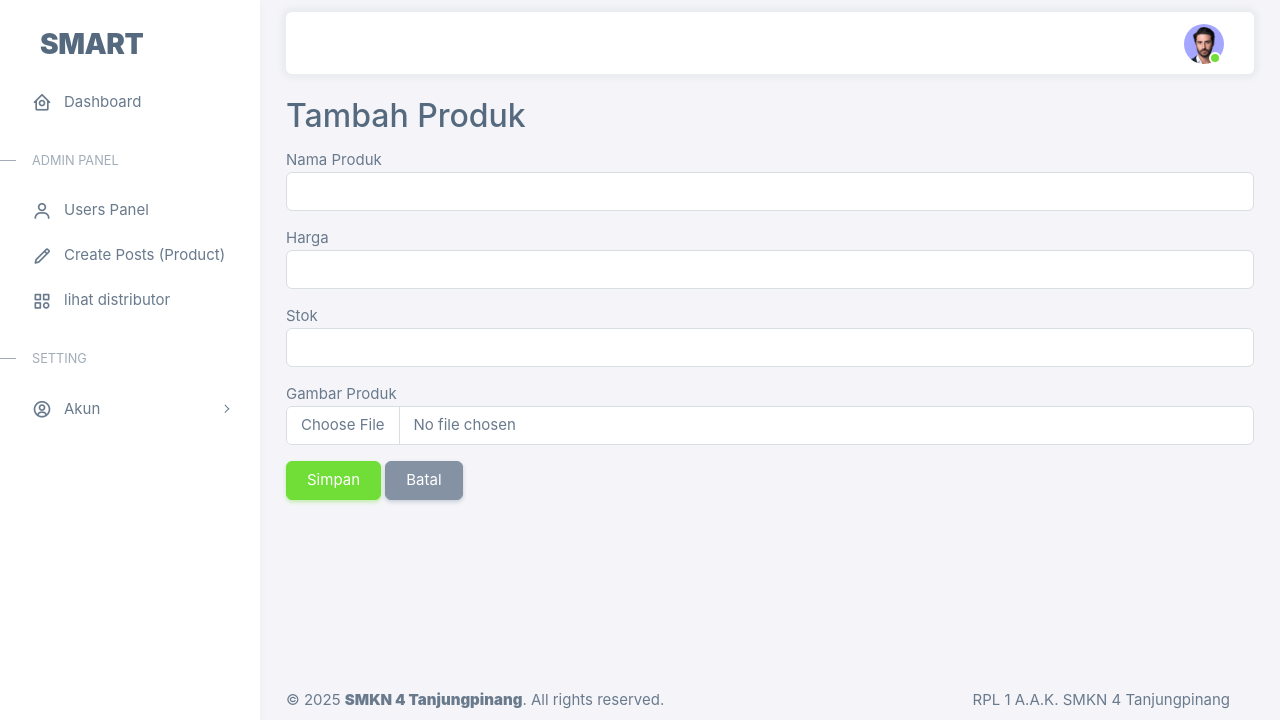
Repository: athalantis/SMart
Page: http://localhost/product_create.php
These files come from the project's save history. The page is drawn as it stood at one moment and after the next save; the edit follows.
The browser window is 1280 px wide. The pictures show the whole page.
Some web fonts or font styles are not loaded; a fallback is used. The page is run by PHP 8.4 with error messages shown; the project is at /var/www/html/. The session is filled in as if someone had signed in: {"username": "testuser", "name": "Test User", "role": "admin", "user_id": 1}. Other server files are loaded and not shown. Queries for data that is not in the repository find no rows.

Above is the page before, as saved 2025-03-28 13:19:18.

### product_create.php
<?php
include ".includes/header.php";
$title = "Tambah Produk";
include ".includes/toast_notification.php";
include "config.php"; // Koneksi database

if ($_SERVER["REQUEST_METHOD"] == "POST") {
    $nama_produk = mysqli_real_escape_string($conn, $_POST['nama_produk']);
    $harga = $_POST['harga'];
    $stok = $_POST['stok'];
    $gambar = $_FILES['gambar_produk']['name'];
    $gambar_tmp = $_FILES['gambar_produk']['tmp_name'];

    $upload_dir = "product_picture/";
    $gambar_path = time() . "_" . basename($gambar);

    if (move_uploaded_file($gambar_tmp, $upload_dir . $gambar_path)) {
        $stmt = $conn->prepare("INSERT INTO produk (nama_produk, harga, stok, gambar_produk) VALUES (?, ?, ?, ?)");
        $stmt->bind_param("siis", $nama_produk, $harga, $stok, $gambar_path);

        if ($stmt->execute()) {
            return redirect("products.php");
        } else {
            echo "<div class='alert alert-danger'>Gagal menambahkan produk.</div>";
        }
        $stmt->close();
    } else {
        echo "<div class='alert alert-danger'>Gagal mengupload gambar.</div>";
    }
}
?>

<div class="container mt-4">
    <h2>Tambah Produk</h2>
    <form method="POST" enctype="multipart/form-data">
        <div class="mb-3">
            <label>Nama Produk</label>
            <input type="text" name="nama_produk" class="form-control" required>
        </div>
        <div class="mb-3">
            <label>Harga</label>
            <input type="number" name="harga" class="form-control" required>
        </div>
        <div class="mb-3">
            <label>Stok</label>
            <input type="number" name="stok" class="form-control" required>
        </div>
        <div class="mb-3">
            <label>Gambar Produk</label>
            <input type="file" name="gambar_produk" class="form-control" accept="image/*" required>
        </div>
        <button type="submit" class="btn btn-success">Simpan</button>
        <a href="products.php" class="btn btn-secondary">Batal</a>
    </form>
</div>

<?php include ".includes/footer.php"; ?>

<?php
function redirect($url) {
    echo "<script>window.location.href='$url';</script>";
    exit;
}
?>

### .includes/header.php
<?php
// Memasukkan file konfigurasi database
include 'config.php';
// Memasukkan file init session
include "init_session.php";
?>

<!DOCTYPE html>
<html lang="en">
  <head>
    <meta charset="utf-8" />
    <meta name="viewport" content="width=device-width,
    initial-scale=1.0, user-scalable=no, minimum-scale=1.0, maximum-scale=1.0"
    />

    <title>Dashboard &mdash; SMart Market</title>
    <!-- Favicon -->
    <link rel="icon" type="image/x-icon" href="assets/img/favicon/favicon.ico" />
    <!-- Fonts -->
    <link href="https://fonts.googleapis.com/css2?family=Public+Sans:ital,wght@0,300;0,400;0,500;0,600;0,700;1,300;1,400;1,500;1,600;1,700&display=swap" rel="stylesheet" />
    <link rel="stylesheet" href="assets/vendor/fonts/boxicons.css" />

    <!-- Core CSS -->
    <link rel="stylesheet" href="assets/vendor/css/core.css" class="template-customizer-core-css" />
    <link rel="stylesheet" href="assets/vendor/css/theme-default.css" class="template-customizer-theme-css" />
    <link rel="stylesheet" href="assets/css/styles.css" />

    <!-- Vendors CSS -->
    <link rel="stylesheet" href="assets/vendor/css/dataTables.bootstrap5.min.css">
    <link rel="stylesheet" href="assets/vendor/libs/perfect-scrollbar/perfect-scrollbar.css" />
    <!-- Page CSS -->
    <!-- Summernote CSS and JS -->
    <link rel="stylesheet" href="assets/vendor/css/summernote.min.css">
    <!-- Helpers -->
    <script src="assets/vendor/js/helpers.js"></script>
    <!--! Template customizer & Theme config files MUST be included after core stylesheets and helpers.js in the <head> section -->
    <!--? Config:  Mandatory theme config file contain global vars & default theme options, Set your preferred theme option in this file.  -->
    <script src="assets/js/config.js"></script>
  </head>
  <body>
    <!-- Layout wrapper -->
    <div class="layout-wrapper layout-content-navbar">
      <div class="layout-container">
        <?php include "sidemenu.php"; ?>
        <!-- Layout container -->
        <div class="layout-page">
          <?php include "navbar.php"; ?>
          <!-- Content wrapper -->
          <div class="content-wrapper">
            <!-- Content -->

### config.php
<?php

$host = "localhost";
$username = "root";
$password = "";
$database = "smart";

$conn = mysqli_connect($host, $username, $password, $database);

if ($conn->connect_error) {
    die("database gagal terkoneksi: " . $conn->connect_error);
}

?>

### .includes/init_session.php
<?php
// Pastikan hanya memulai sesi jika belum dimulai
if (session_status() === PHP_SESSION_NONE) {
    session_start();
}

// Cek apakah session sudah diset sebelum mengaksesnya
$userId = $_SESSION["user_id"] ?? null;
$name = $_SESSION["name"] ?? null;
$role = $_SESSION["role"] ?? null;

// Notifikasi hanya ditampilkan sekali, lalu dihapus
if (!empty($_SESSION['notification'])) {
    $notification = $_SESSION['notification'];
    unset($_SESSION['notification']);
} else {
    $notification = null;
}

// Perbaikan logika pengecekan login
if (!$userId || !$role) {
    $_SESSION['notification'] = [
        'type' => 'danger',
        'message' => 'Silakan login terlebih dahulu!'
    ];
    header('Location: ./auth/login.php');
    exit();
}

### .includes/sidemenu.php
<?php
// Mulai output buffering agar tidak ada output sebelum header()
ob_start();

// Mulai session jika belum dimulai
if (session_status() === PHP_SESSION_NONE) {
    session_start();
}

// Pastikan role pengguna ada di session
include "init_session.php"; // Pastikan tidak ada output dalam file ini
$role = $_SESSION['role'] ?? 'user'; // Default role jika tidak ada
?>

<!-- Menu -->
<aside id="layout-menu" class="layout-menu menu-vertical menu bg-menu-theme">
    <div class="app-brand demo">
      <a href="<?= ($role === 'admin') ? 'dashmind.php' : 'dashboard.php'; ?>" class="app-brand-link">
        <span class="app-brand-text demo menu-text fw-bolder ms-2 text-uppercase">SMart</span>
      </a>
      <a href="javascript:void(0);" class="layout-menu-toggle menu-link text-large ms-auto d-block d-xl-none">
        <i class="bx bx-chevron-left bx-sm align-middle"></i>
      </a>
    </div>
    <div class="menu-inner-shadow"></div>

    <ul class="menu-inner py-1">
        <!-- Dashboard -->
        <li class="menu-item">
          <a href="<?= ($role === 'admin') ? 'dashmind.php' : 'dashboard.php'; ?>" class="menu-link">
            <i class="menu-icon tf-icons bx bx-home-circle"></i>
            <div data-i18n="Analytics">Dashboard</div>
          </a>
        </li>

        <?php if ($role !== 'admin') : ?>
        <li class="menu-header small text-uppercase"><span class="menu-header-text">Main</span></li>

        <li class="menu-item">
            <a href="javascript:void(0);" class="menu-link menu-toggle">
              <i class="menu-icon tf-icons bx bx-receipt"></i>
              <div data-i18n="Posts">Pemesanan</div>
            </a>
            <ul class="menu-sub">
              <li class="menu-item">
                <a href="kategori.php" class="menu-link">
                  <div data-i18n="Input groups">Status pesanan</div>
                </a>
              </li>
              <li class="menu-item">
                <a href="kategori.php" class="menu-link">
                  <div data-i18n="Input groups">Riwayat pemesanan</div>
                </a>
              </li>
            </ul>
        </li>

        <li class="menu-item">
            <a href="javascript:void(0);" class="menu-link menu-toggle">
              <i class="menu-icon tf-icons bx bx-cart-alt"></i>
              <div data-i18n="Posts">Produk</div>
            </a>
            <ul class="menu-sub">
              <li class="menu-item">
                <a href="posts.php" class="menu-link">
                  <div data-i18n="Basic Inputs">Checkout</div>
                </a>
              </li>
              <li class="menu-item">
                <a href="kategori.php" class="menu-link">
                  <div data-i18n="Input groups">Kategori</div>
                </a>
              </li>
              <li class="menu-item">
                <a href="kategori.php" class="menu-link">
                  <div data-i18n="Input groups">Mall</div>
                </a>
              </li>
            </ul>
        </li>
        <?php endif; ?>

        <?php if ($role === 'admin') : ?>
        <li class="menu-header small text-uppercase"><span class="menu-header-text">Admin Panel</span></li>

        <li class="menu-item">
            <a href="users.php" class="menu-link">
              <i class="menu-icon tf-icons bx bx-user"></i>
              <div data-i18n="Users Panel">Users Panel</div>
            </a>
        </li>

        <li class="menu-item">
            <a href="products.php" class="menu-link">
              <i class="menu-icon tf-icons bx bx-pencil"></i>
              <div data-i18n="Create Post">Create Posts (Product)</div>
            </a>
        </li>

        <li class="menu-item">
            <a href="distributor.php" class="menu-link">
              <i class="menu-icon tf-icons bx bx-category"></i>
              <div data-i18n="Create Category">lihat distributor</div>
            </a>
        </li>
        <?php endif; ?>

        <!-- Setting -->
        <li class="menu-header small text-uppercase"><span class="menu-header-text">Setting</span></li>
        <li class="menu-item">
            <a href="javascript:void(0);" class="menu-link menu-toggle">
              <i class="menu-icon tf-icons bx bx-user-circle"></i>
              <div data-i18n="Posts">Akun</div>
            </a>
            <ul class="menu-sub">
              <li class="menu-item">
                <a href="kategori.php" class="menu-link">
                  <div data-i18n="Input groups">Pengaturan akun</div>
                </a>
              </li>
              <li class="menu-item">
                <a href="logout.php" class="menu-link">
                  <div data-i18n="Input groups">Logout</div>
                </a>
              </li>
            </ul>
        </li>
    </ul>
</aside>
<!-- / Menu -->

<?php
// Akhiri output buffering
ob_end_flush();
?>

### .includes/navbar.php
<!-- Navbar -->
<nav class="layout-navbar container-xxl navbar navbar-expand-xl
navbar-detached align-items-center bg-navbar-theme" id="layout-navbar">
  <div class="layout-menu-toggle navbar-nav align-items-xl-center me-3 me-xl-0 d-xl-none">
    <a class="nav-item nav-link px-0 me-xl-4" href="javascript:void(0)">
      <i class="bx bx-menu bx-sm"></i>
    </a>
  </div>
  <div class="navbar-nav-right d-flex align-items-center" id="navbar-collapse">
    <ul class="navbar-nav flex-row align-items-center ms-auto">
      <!-- User -->
      <li class="nav-item navbar-dropdown dropdown-user dropdown">
        <a class="nav-link dropdown-toggle hide-arrow" href="javascript:void(0);" data-bs-toggle="dropdown">
          <div class="avatar avatar-online">
            <img src="assets/img/avatars/1.png" alt class="w-px-40 h-auto rounded-circle" />
          </div>
        </a>
        <ul class="dropdown-menu dropdown-menu-end">
          <li>
            <a class="dropdown-item" href="#">
              <div class="d-flex">
                <div class="flex-shrink-0 me-3">
                  <div class="avatar avatar-online">
                    <img src="assets/img/avatars/1.png" alt class="w-px-40 h-auto rounded-circle" />
                  </div>
                </div>
                <div class="flex-grow-1">
                  <span class="fw-semibold d-block"><?php echo $name; ?></span>
                  <small class="text-muted"><?php echo $role; ?></small>
                </div>
              </div>
            </a>
          </li>
          <li>
            <div class="dropdown-divider"></div>
          </li>
          <li>
            <a class="dropdown-item" href="auth/logout.php">
              <i class="bx bx-power-off me-2"></i>
              <span class="align-middle">Log Out</span>
            </a>
          </li>
        </ul>
      </li>
      <!--/ User -->
    </ul>
  </div>
</nav>
<!-- / Navbar -->

### .includes/toast_notification.php
<!-- Bootstrap Toast -->
<?php if ($notification): ?>
  <div id="notifikasi" class="bs-toast toast fade bg-<?= $notification['type'] ?> position-absolute m-3 end-0" role="alert" data-bs-autohide="true">
    <div class="toast-header">
      <i class="bx bx-bell me-2"></i>
      <strong class="me-auto"><?= $notification['title'] ?? 'Notifikasi' ?></strong>
      <button type="button" class="btn-close" data-bs-dismiss="toast" aria-label="Close"></button>
    </div>
    <div class="toast-body">
      <?= $notification['message'] ?>
    </div>
  </div>
<?php endif; ?>

<script>
  document.addEventListener('DOMContentLoaded', function () {
    const toastEl = document.getElementById('notifikasi');
    if (toastEl) {
      const toast = new bootstrap.Toast(toastEl);
      toast.show();
    }
  });
</script>

### .includes/footer.php
            <!-- Footer -->
            <footer class="content-footer footer bg-footer-theme">
              <div class="container-xxl d-flex flex-wrap justify-content-between py-2 flex-md-row flex-column">
                <div class="mb-2 mb-md-0">
                  ©
                  <script>
                    document.write(new Date().getFullYear());
                  </script>
                  <a href="#" target="_blank" class="footer-link fw-bolder">SMKN 4 Tanjungpinang</a>.
                  All rights reserved.
                </div>
                <div>
                  <a href="#" target="_blank" class="footer-link me-4">RPL 1 A.A.K. SMKN 4 Tanjungpinang</a>
                </div>
              </div>
            </footer>
            <!-- / Footer -->
            <div class="content-backdrop fade"></div>
          </div>
          <!-- Content wrapper -->
        </div>
        <!-- / Layout page -->
      </div>
      <!-- Overlay -->
      <div class="layout-overlay layout-menu-toggle"></div>
    </div>
    <!-- / Layout wrapper -->

    <!-- Core JS -->
    <!-- build:js assets/vendor/js/core.js -->
    <script src="assets/vendor/libs/jquery/jquery.js"></script>
    <script src="assets/vendor/js/bootstrap.bundle.min.js"></script>
    <script src="assets/vendor/libs/perfect-scrollbar/perfect-scrollbar.js"></script>
    <script src="assets/vendor/js/menu.js"></script>
    <!-- endbuild -->
    <!-- Main JS -->
    <script src="assets/js/main.js"></script>
    <!-- Datatables JS -->
    <script src="assets/vendor/libs/datatables/jquery.dataTables.min.js"></script>
    <script src="assets/vendor/libs/datatables/dataTables.bootstrap5.min.js"></script>
    <script src="assets/vendor/libs/datatables/datatables.js"></script>
    <!-- Summernote JS -->
    <script src="assets/vendor/libs/summernote/summernote.min.js" defer></script>
    <script src="assets/vendor/libs/summernote/summernote.js" defer></script>
    <!-- Active State JS -->
    <script src="assets/js/active-state-nav.js"></script>
</body>
</html>

### assets/css/styles.css
/*
* demo.css
* File include item demo only specific css only
******************************************************************************/

.menu .app-brand.demo {
  height: 64px;
  margin-top: 12px;
}

.app-brand-logo.demo svg {
  width: 22px;
  height: 38px;
}

.app-brand-text.demo {
  font-size: 1.75rem;
  letter-spacing: -0.5px;
  text-transform: lowercase;
}

/* ! For .layout-navbar-fixed added fix padding top tpo .layout-page */
/* Detached navbar */
.layout-navbar-fixed .layout-wrapper:not(.layout-horizontal):not(.layout-without-menu) .layout-page {
  padding-top: 76px !important;
}
/* Default navbar */
.layout-navbar-fixed .layout-wrapper:not(.layout-without-menu) .layout-page {
  padding-top: 64px !important;
}

/* Navbar page z-index issue solution */
.content-wrapper .navbar {
  z-index: auto;
}

/*
* Content
******************************************************************************/

.demo-blocks > * {
  display: block !important;
}

.demo-inline-spacing > * {
  margin: 1rem 0.375rem 0 0 !important;
}

/* ? .demo-vertical-spacing class is used to have vertical margins between elements. To remove margin-top from the first-child, use .demo-only-element class with .demo-vertical-spacing class. For example, we have used this class in forms-input-groups.html file. */
.demo-vertical-spacing > * {
  margin-top: 1rem !important;
  margin-bottom: 0 !important;
}
.demo-vertical-spacing.demo-only-element > :first-child {
  margin-top: 0 !important;
}

.demo-vertical-spacing-lg > * {
  margin-top: 1.875rem !important;
  margin-bottom: 0 !important;
}
.demo-vertical-spacing-lg.demo-only-element > :first-child {
  margin-top: 0 !important;
}

.demo-vertical-spacing-xl > * {
  margin-top: 5rem !important;
  margin-bottom: 0 !important;
}
.demo-vertical-spacing-xl.demo-only-element > :first-child {
  margin-top: 0 !important;
}

.rtl-only {
  display: none !important;
  text-align: left !important;
  direction: ltr !important;
}

[dir='rtl'] .rtl-only {
  display: block !important;
}

/*
* Layout demo
******************************************************************************/

.layout-demo-wrapper {
  display: -webkit-box;
  display: -ms-flexbox;
  display: flex;
  -webkit-box-align: center;
  -ms-flex-align: center;
  align-items: center;
  -webkit-box-orient: vertical;
  -webkit-box-direction: normal;
  -ms-flex-direction: column;
  flex-direction: column;
  margin-top: 1rem;
}
.layout-demo-placeholder img {
  width: 900px;
}
.layout-demo-info {
  text-align: center;
  margin-top: 1rem;
}

### assets/js/config.js
/**
 * Config
 * -------------------------------------------------------------------------------------
 * ! IMPORTANT: Make sure you clear the browser local storage In order to see the config changes in the template.
 * ! To clear local storage: (https://www.leadshook.com/help/how-to-clear-local-storage-in-google-chrome-browser/).
 */

'use strict';

// JS global variables
let config = {
  colors: {
    primary: '#696cff',
    secondary: '#8592a3',
    success: '#71dd37',
    info: '#03c3ec',
    warning: '#ffab00',
    danger: '#ff3e1d',
    dark: '#233446',
    black: '#000',
    white: '#fff',
    body: '#f4f5fb',
    headingColor: '#566a7f',
    axisColor: '#a1acb8',
    borderColor: '#eceef1'
  }
};

### assets/js/main.js
/**
 * Main
 */

'use strict';

let menu, animate;

(function () {
  // Initialize menu
  //-----------------

  let layoutMenuEl = document.querySelectorAll('#layout-menu');
  layoutMenuEl.forEach(function (element) {
    menu = new Menu(element, {
      orientation: 'vertical',
      closeChildren: false
    });
    // Change parameter to true if you want scroll animation
    window.Helpers.scrollToActive((animate = false));
    window.Helpers.mainMenu = menu;
  });

  // Initialize menu togglers and bind click on each
  let menuToggler = document.querySelectorAll('.layout-menu-toggle');
  menuToggler.forEach(item => {
    item.addEventListener('click', event => {
      event.preventDefault();
      window.Helpers.toggleCollapsed();
    });
  });

  // Display menu toggle (layout-menu-toggle) on hover with delay
  let delay = function (elem, callback) {
    let timeout = null;
    elem.onmouseenter = function () {
      // Set timeout to be a timer which will invoke callback after 300ms (not for small screen)
      if (!Helpers.isSmallScreen()) {
        timeout = setTimeout(callback, 300);
      } else {
        timeout = setTimeout(callback, 0);
      }
    };

    elem.onmouseleave = function () {
      // Clear any timers set to timeout
      document.querySelector('.layout-menu-toggle').classList.remove('d-block');
      clearTimeout(timeout);
    };
  };
  if (document.getElementById('layout-menu')) {
    delay(document.getElementById('layout-menu'), function () {
      // not for small screen
      if (!Helpers.isSmallScreen()) {
        document.querySelector('.layout-menu-toggle').classList.add('d-block');
      }
    });
  }

  // Display in main menu when menu scrolls
  let menuInnerContainer = document.getElementsByClassName('menu-inner'),
    menuInnerShadow = document.getElementsByClassName('menu-inner-shadow')[0];
  if (menuInnerContainer.length > 0 && menuInnerShadow) {
    menuInnerContainer[0].addEventListener('ps-scroll-y', function () {
      if (this.querySelector('.ps__thumb-y').offsetTop) {
        menuInnerShadow.style.display = 'block';
      } else {
        menuInnerShadow.style.display = 'none';
      }
    });
  }

  // Init helpers & misc
  // --------------------

  // Init BS Tooltip
  const tooltipTriggerList = [].slice.call(document.querySelectorAll('[data-bs-toggle="tooltip"]'));
  tooltipTriggerList.map(function (tooltipTriggerEl) {
    return new bootstrap.Tooltip(tooltipTriggerEl);
  });

  // Accordion active class
  const accordionActiveFunction = function (e) {
    if (e.type == 'show.bs.collapse' || e.type == 'show.bs.collapse') {
      e.target.closest('.accordion-item').classList.add('active');
    } else {
      e.target.closest('.accordion-item').classList.remove('active');
    }
  };

  const accordionTriggerList = [].slice.call(document.querySelectorAll('.accordion'));
  const accordionList = accordionTriggerList.map(function (accordionTriggerEl) {
    accordionTriggerEl.addEventListener('show.bs.collapse', accordionActiveFunction);
    accordionTriggerEl.addEventListener('hide.bs.collapse', accordionActiveFunction);
  });

  // Auto update layout based on screen size
  window.Helpers.setAutoUpdate(true);

  // Toggle Password Visibility
  window.Helpers.initPasswordToggle();

  // Speech To Text
  window.Helpers.initSpeechToText();

  // Manage menu expanded/collapsed with templateCustomizer & local storage
  //------------------------------------------------------------------

  // If current layout is horizontal OR current window screen is small (overlay menu) than return from here
  if (window.Helpers.isSmallScreen()) {
    return;
  }

  // If current layout is vertical and current window screen is > small

  // Auto update menu collapsed/expanded based on the themeConfig
  window.Helpers.setCollapsed(true, false);
})();

### assets/js/active-state-nav.js
    // Get the current page URL
    var currentUrl = window.location.href;
    // Iterate through each menu item and check if the href matches the current URL
    document.querySelectorAll('.menu-item').forEach(function(item) {
      var link = item.querySelector('a');
      if (link && link.href === currentUrl) {
        item.classList.add('active');
      }
    });

After the next save:
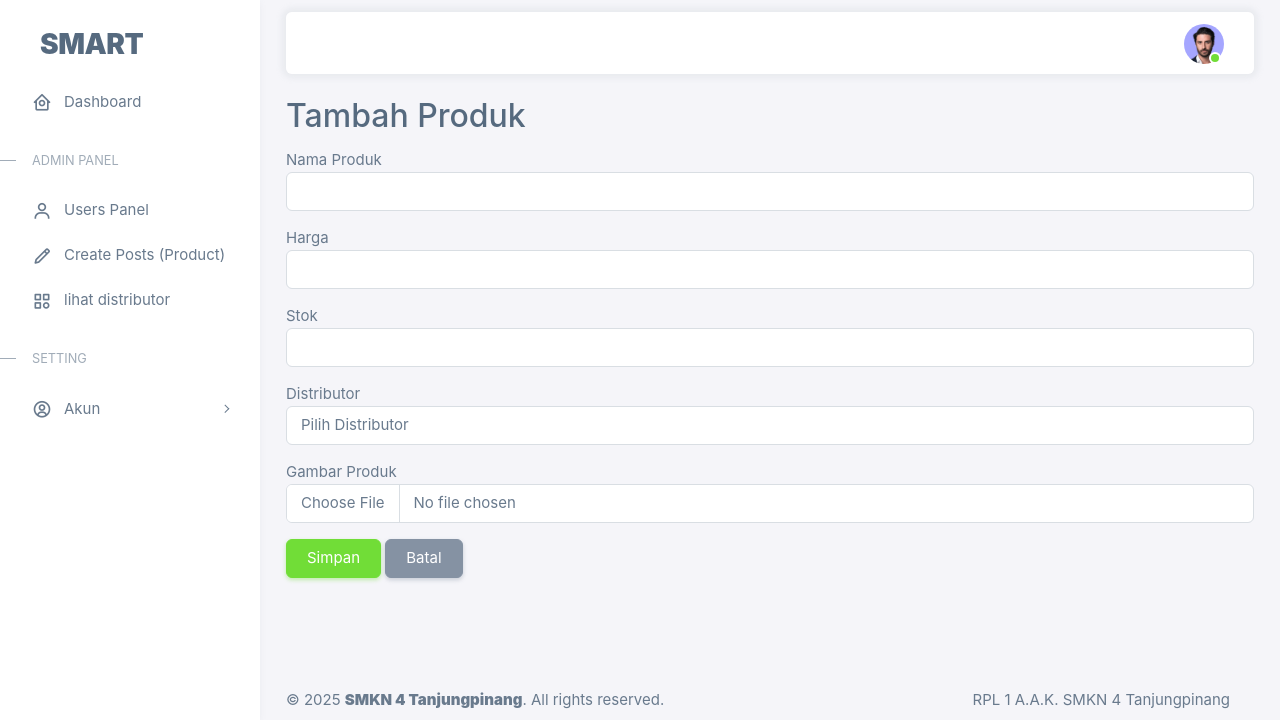
Saved 2 min 5 s later.
--- a/product_create.php
+++ b/product_create.php
@@ -4,10 +4,15 @@ $title = "Tambah Produk";
 include ".includes/toast_notification.php";
 include "config.php"; // Koneksi database
 
+// Ambil daftar distributor dari database
+$distributor_query = "SELECT distributor_id, nama FROM distributor";
+$distributor_result = $conn->query($distributor_query);
+
 if ($_SERVER["REQUEST_METHOD"] == "POST") {
     $nama_produk = mysqli_real_escape_string($conn, $_POST['nama_produk']);
     $harga = $_POST['harga'];
     $stok = $_POST['stok'];
+    $distributor_id = $_POST['distributor_id'];
     $gambar = $_FILES['gambar_produk']['name'];
     $gambar_tmp = $_FILES['gambar_produk']['tmp_name'];
 
@@ -15,11 +20,11 @@ if ($_SERVER["REQUEST_METHOD"] == "POST") {
     $gambar_path = time() . "_" . basename($gambar);
 
     if (move_uploaded_file($gambar_tmp, $upload_dir . $gambar_path)) {
-        $stmt = $conn->prepare("INSERT INTO produk (nama_produk, harga, stok, gambar_produk) VALUES (?, ?, ?, ?)");
-        $stmt->bind_param("siis", $nama_produk, $harga, $stok, $gambar_path);
+        $stmt = $conn->prepare("INSERT INTO produk (nama_produk, harga, stok, gambar_produk, distributor_id) VALUES (?, ?, ?, ?, ?)");
+        $stmt->bind_param("siisi", $nama_produk, $harga, $stok, $gambar_path, $distributor_id);
 
         if ($stmt->execute()) {
-            return redirect("products.php");
+            redirect("products.php");
         } else {
             echo "<div class='alert alert-danger'>Gagal menambahkan produk.</div>";
         }
@@ -46,6 +51,15 @@ if ($_SERVER["REQUEST_METHOD"] == "POST") {
             <input type="number" name="stok" class="form-control" required>
         </div>
         <div class="mb-3">
+            <label>Distributor</label>
+            <select name="distributor_id" class="form-control" required>
+                <option value="" disabled selected>Pilih Distributor</option>
+                <?php while ($row = $distributor_result->fetch_assoc()): ?>
+                    <option value="<?= $row['distributor_id']; ?>"><?= htmlspecialchars($row['nama']); ?></option>
+                <?php endwhile; ?>
+            </select>
+        </div>
+        <div class="mb-3">
             <label>Gambar Produk</label>
             <input type="file" name="gambar_produk" class="form-control" accept="image/*" required>
         </div>
